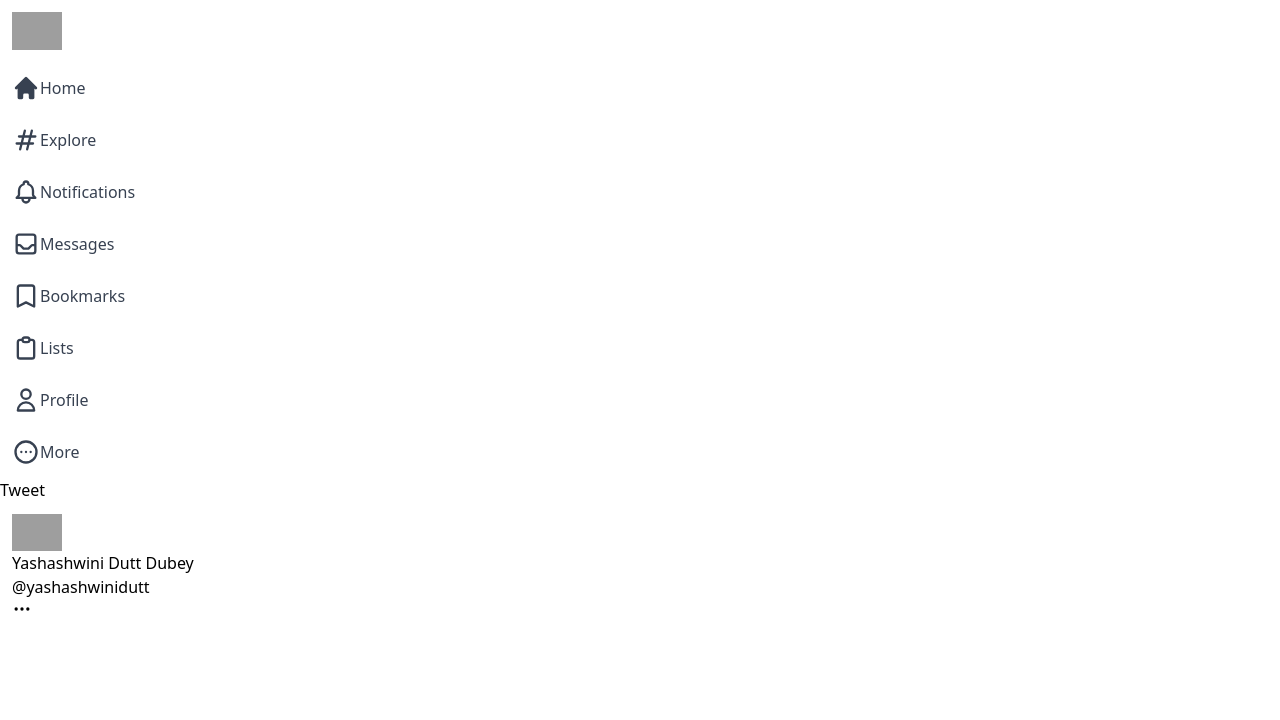
Repository: Yashashwinidutt/twitter
Page: /
An editor plug-in stored every save of this project. The page is shown before and after the next save, followed by the edit.
The browser window is 1280 px wide. The pictures show the whole page.
Pictures or frames that could not be fetched are drawn as grey boxes. The project was rebuilt for these pictures with package versions that can differ from the ones it lists, and the page was loaded fresh each time. The framework's server and built-in components were replaced by stand-ins that run in the browser. Also part of the build but not shown: next.config.js.

Above is the page before, as saved 2023-02-27 12:56:11.

After the next save:
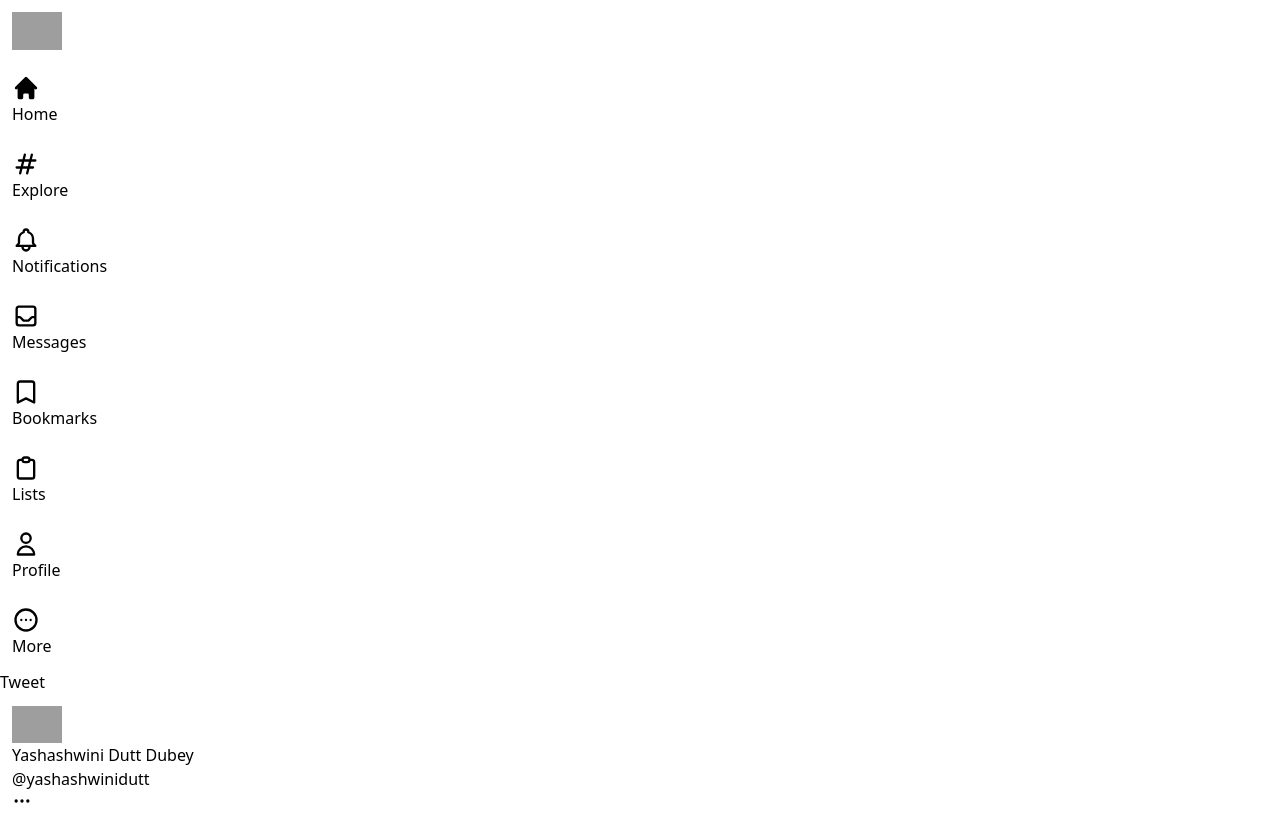
Saved 57 s later.
--- a/components/SidebarMenuItem.js
+++ b/components/SidebarMenuItem.js
@@ -1,7 +1,7 @@
 
 export default function SidebarMenuItem({text, Icon}) {
   return (
-    <div className="hoverEffect flex items-center text-gray-700 justify-center xl:justify-start">
+    <div className="hoverEffect ">
         <Icon className="h-7"/>
         <span>{text}</span>
     </div>

After the save that followed:
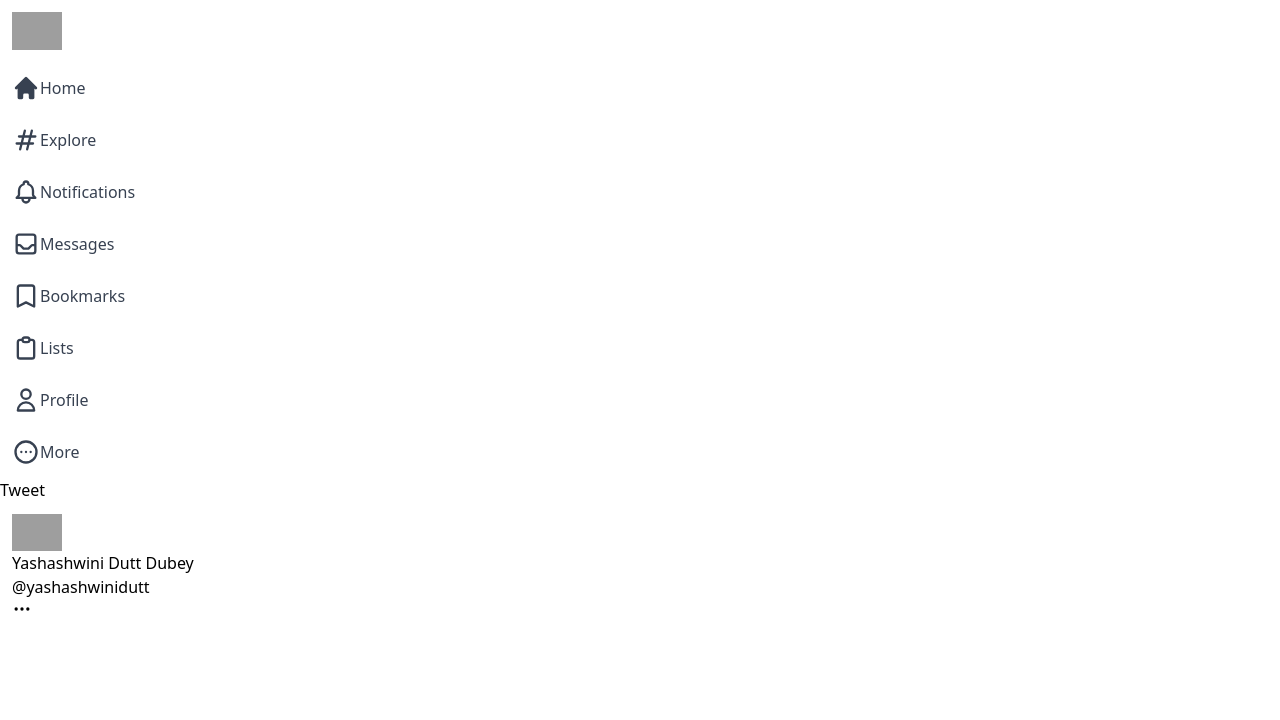
Saved 17 s later.
--- a/components/SidebarMenuItem.js
+++ b/components/SidebarMenuItem.js
@@ -1,7 +1,7 @@
 
 export default function SidebarMenuItem({text, Icon}) {
   return (
-    <div className="hoverEffect ">
+    <div className="hoverEffect flex items-center text-gray-700 justify-center xl:justify-start">
         <Icon className="h-7"/>
         <span>{text}</span>
     </div>
